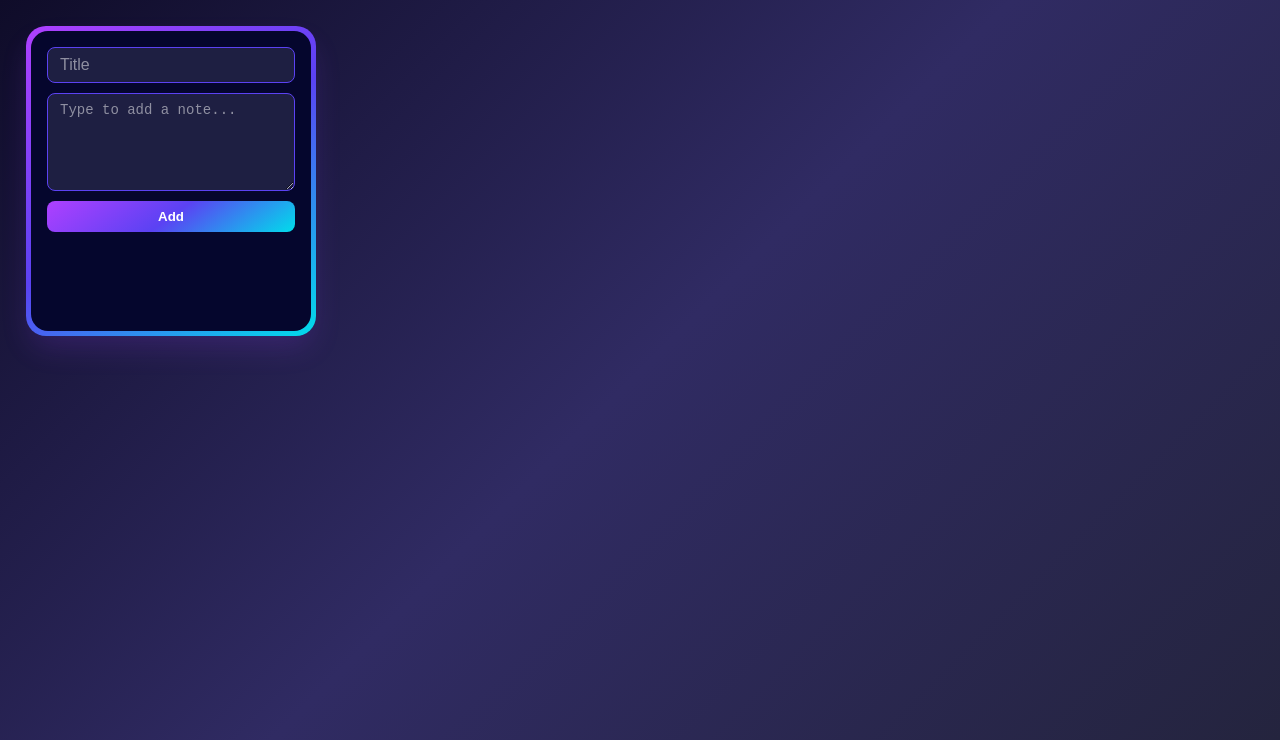
Repository: AJANI2005/Notes-App
Page: /
The author's editor kept a copy of each file at every save. The page is drawn from the files as they stood at one save, then again after the next save.
The browser window is 1280 px wide. The pictures show the whole page.
The project was rebuilt for these pictures with package versions that can differ from the ones it lists, and the page was loaded fresh each time. Also part of the build but not shown: vite.config.ts, src/style/dialogbox.css, src/DialogBox.tsx.

Above is the page before, as saved 2025-07-31 18:28:38.

### src/index.css
:root {
  font-family: system-ui, Avenir, Helvetica, Arial, sans-serif;
  font-synthesis: none;
  text-rendering: optimizeLegibility;
  -webkit-font-smoothing: antialiased;
  -moz-osx-font-smoothing: grayscale;
}
body {
  margin: 0;
  font-family: 'Inter', sans-serif;
  background: linear-gradient(135deg, #0f0c29, #302b63, #24243e);
  min-height: 100vh;
  padding: 10px;
  color: white;
}

### src/App.tsx
import { useEffect, useState } from 'react';

// styles
import "./style/note.css"
import DialogBox from './DialogBox';


interface Note {
  id: number
  title: string;
  text: string;
}

const Note = () => {
  const [text, setText] = useState('');
  const [title, setTitle] = useState('');


  //Initialize Local Storage
  useEffect(() => {
    if (!localStorage.getItem("notes")) {
      localStorage.setItem("notes", JSON.stringify([]))
    }
    if (localStorage.getItem("title")) {
      setTitle(JSON.parse(localStorage.getItem("title")!))
    }
    if (localStorage.getItem("text")) {
      setText(JSON.parse(localStorage.getItem("text")!))
    }
  }, [])

  // Store Current Data (On Refresh)
  useEffect(() => {
    if (text === '' && title === '') return
    localStorage.setItem("title", JSON.stringify(title))
    localStorage.setItem("text", JSON.stringify(text))
  }, [text, title])

  const createNote = () => {
    const note = {
      id: Date.now(),
      title: title,
      text: text
    } as Note

    // add note
    const notes = JSON.parse(localStorage.getItem("notes")!)
    notes.push(note)
    localStorage.setItem("notes", JSON.stringify(notes))

    // reset state
    setTitle("")
    setText("")
    localStorage.setItem("title", JSON.stringify(""))
    localStorage.setItem("text", JSON.stringify(""))
  }

  return (
    <form className='note'>
      <div className="note-content">
        <input
          value={title}
          placeholder='Title'
          onChange={(e) => setTitle(e.target.value)}
          type="text" className='note-title-input' />
        <textarea
          value={text}
          onChange={(e) => setText(e.target.value)}
          className='note-input'
          placeholder='Type to add a note...'></textarea>
        <button className='addBtn' onClick={createNote}>Add</button>
      </div>

    </form>
  )
}

function App() {

  const [notes, setNotes] = useState([]);



  const [editing, setEditing] = useState(false);
  const [currentNote, setCurrentNote] = useState<Note | undefined>(undefined);


  //Initialize Local Storage
  useEffect(() => {
    if (localStorage.getItem("notes")) {
      setNotes(JSON.parse(localStorage.getItem("notes")!))
    }
  }, [])

  //Save current note
  const saveNote = () => {
    const notes = JSON.parse(localStorage.getItem("notes")!)
    const index = notes.findIndex((note: Note) => note.id === currentNote?.id)
    notes[index] = currentNote
    localStorage.setItem("notes", JSON.stringify(notes))
    setEditing(false)
    // refresh
    window.location.reload()
  }
  //Delete note
  const deleteNote = () => {
    const notes = JSON.parse(localStorage.getItem("notes")!)
    const index = notes.findIndex((note: Note) => note.id === currentNote?.id)
    notes.splice(index, 1)
    localStorage.setItem("notes", JSON.stringify(notes))
    setEditing(false)
    // refresh
    window.location.reload()
  }

  return (
    <div className='app'>
      <Note />
      {/* Display Notes */}
      <div className='notes-grid'>
        {notes.map((note: Note, index) => (
          <div key={index} className='note'>
            <div className='note-content'>
              <h2 className='note-title'>{note.title}</h2>
              <p className='note-text'>{note.text}</p>
              <button className='deleteBtn'
                onClick={deleteNote}>✖</button>
              <button className='editBtn' onClick={() => {
                setEditing(true);
                setCurrentNote(note);
              }}
              >📝</button>
            </div>
          </div>))}
      </div>

      {/* Edit Dialog Box */}
      <DialogBox isOpen={editing} onClose={() => setEditing(false)}>
        <form className='note'>
          <div className='note-content'>
            <input
              value={currentNote?.title}
              placeholder='Title'
              onChange={(e) => setCurrentNote({ ...currentNote, title: e.target.value } as Note)}
              type="text" className='note-title-input' />

            <textarea
              value={currentNote?.text}
              onChange={(e) => setCurrentNote({ ...currentNote, text: e.target.value } as Note)}
              className='note-input'
              placeholder='Type to add a note...'></textarea>

            <button className='addBtn' onClick={() => {
              saveNote()
              setEditing(false)
            }}>Save</button>
          </div>
        </form>
      </DialogBox>
    </div>
  )
}

export default App

### src/style/note.css
/* Outer Note Card - gradient like .card */
.note {
  display: flex;
  flex-direction: column;
  gap: 10px;
  padding: 5px; /* leave room for inner card content */
  width: 280px;
  height: 300px; /* optional fixed height for card-like look */
  border-radius: 20px;
  background-image: linear-gradient(144deg, #AF40FF, #5B42F3 50%, #00DDEB);
  box-shadow: rgba(151, 65, 252, 0.2) 0 15px 30px -5px;
  position: relative;
  margin: 16px;
  transition: transform 0.2s ease;
}

.note:hover {
  transform: translateY(-3px);
}

/* Inner dark content like .card__content */
.note-content {
  background: rgb(5, 6, 45); /* dark inner content */
  border-radius: 17px;
  flex: 1;
  padding: 16px;
  display: flex;
  flex-direction: column;
  gap: 10px;
  padding-bottom: 50px; /* make space for delete/edit buttons */
  color: white;
  position: relative;
}

/* Title input */
.note-title-input {
  padding: 8px 12px;
  font-size: 16px;
  font-weight: 500;
  border-radius: 8px;
  border: 1px solid #5B42F3;
  background: rgba(255,255,255,0.1);
  color: white;
  outline: none;
  transition: 0.2s;
}

.note-title-input::placeholder {
  color: rgba(255,255,255,0.5);
}

.note-title-input:focus {
  border-color: #00DDEB;
}

/* Textarea input */
.note-input {
  min-height: 80px;
  resize: vertical;
  padding: 8px 12px;
  font-size: 14px;
  border-radius: 8px;
  border: 1px solid #5B42F3;
  background: rgba(255,255,255,0.1);
  color: white;
  outline: none;
  transition: 0.2s;
}

.note-input::placeholder {
  color: rgba(255,255,255,0.5);
}

.note-input:focus {
  border-color: #00DDEB;
}

/* Add Button - matches gradient theme */
.addBtn {
  background-image: linear-gradient(144deg, #AF40FF, #5B42F3 50%, #00DDEB);
  color: white;
  border: none;
  padding: 8px 12px;
  border-radius: 8px;
  font-weight: 600;
  cursor: pointer;
  transition: transform 0.2s ease;
}

.addBtn:hover {
  transform: scale(1.05);
}

/* Delete and Edit Buttons */
.deleteBtn,
.editBtn {
  position: absolute;
  bottom: 12px;
  border: none;
  padding: 6px 10px;
  font-size: 14px;
  border-radius: 6px;
  cursor: pointer;
  color: white;
  transition: transform 0.2s ease, background-color 0.2s ease;
}

.deleteBtn {
  left: 12px;
  background-color: #ff6b6b;
}

.deleteBtn:hover {
  background-color: #e63946;
  transform: scale(1.05);
}

.editBtn {
  left: 65px;
  background-color: #4ff10f;
  color: #111;
}

.editBtn:hover {
  background-color: #49d611;
  transform: scale(1.05);
}

/* Title of the note */
.note-title {
  font-size: 18px;
  font-weight: 600;
  color: white;
  margin-bottom: 8px;
}

/* Text content of the note */
.note-text {
  font-size: 14px;
  color: rgba(255,255,255,0.85);
  line-height: 1.5;
  white-space: pre-wrap; /* respect \n */
}

/* Grid for all notes */
.notes-grid {
  display: grid;
  grid-template-columns: repeat(auto-fill, minmax(250px, 1fr));
  gap: 16px;
  padding: 20px;
  justify-items: center;
}

### src/App.css
.app {
  margin: 0;
  font-family: 'Inter', sans-serif;
  background: linear-gradient(135deg, #0f0c29, #302b63, #24243e);
  min-height: 100vh;
  display: flex;
  justify-content: center;
  align-items: start;
  padding: 40px 0;
  color: white;
}

Loaded but not shown: index.html (common file); src/main.tsx (common file)

After the next save:
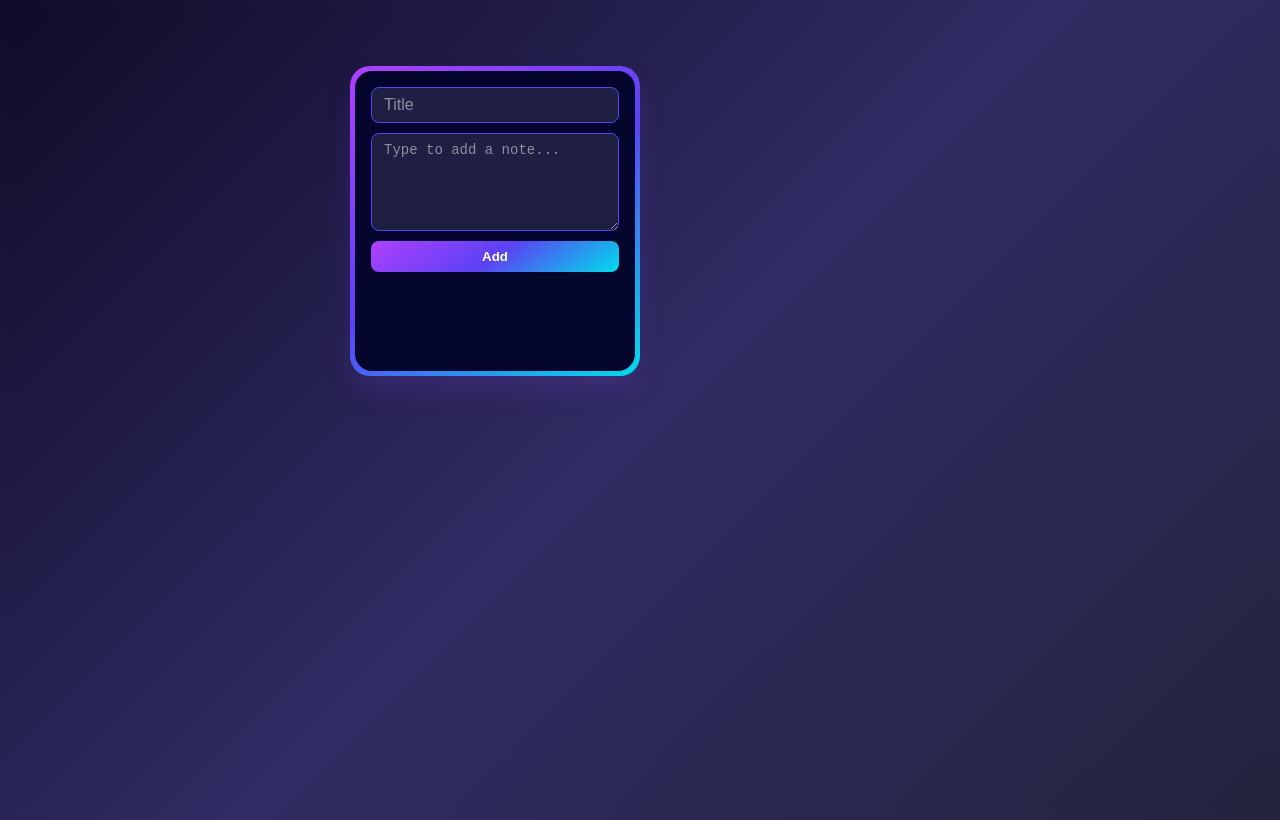
Saved 23 s later.
--- a/src/App.tsx
+++ b/src/App.tsx
@@ -1,6 +1,7 @@
 import { useEffect, useState } from 'react';
 
 // styles
+import "App.css"
 import "./style/note.css"
 import DialogBox from './DialogBox';
 
